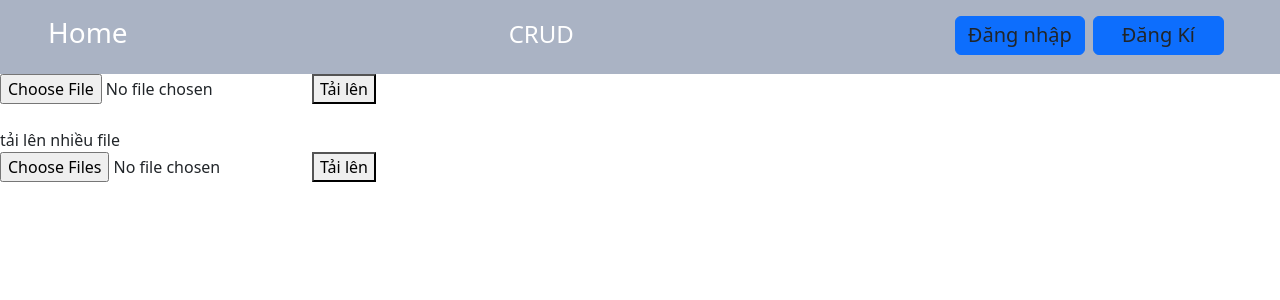
Repository: tung1999zxc/vue-project
Page: /upload
These files come from the project's save history. The page is drawn as it stood at one moment and after the next save; the edit follows.
The browser window is 1280 px wide. The pictures show the whole page.
The project was rebuilt for these pictures with package versions that can differ from the ones it lists, and the page was loaded fresh each time. Also part of the build but not shown: vite.config.ts, src/components/test.vue, src/components/footer1.vue, src/views/HomeView.vue, src/components/login.vue, src/components/Regis.vue, src/components/crud.vue.

Above is the page before, as saved 2023-08-08 10:12:02.

### index.html
<!DOCTYPE html>
<html lang="en">
  <head>
    <meta charset="UTF-8">
    <meta name="viewport" content="width=device-width, initial-scale=1.0">
    <title>Vite App</title>
  </head>
  <body>
    <div id="app"><div></div></div>
    <script type="module" src="/src/main.js"></script>

  </body>
</html>

### src/main.js


import { createApp } from 'vue';
import { createPinia } from 'pinia';



import App from './App.vue'
import router from './router/index'
import store from './store/index'
import axios from 'axios';

import 'bootstrap/dist/css/bootstrap.css'

// const isAuthenticated = localStorage.getItem('token');
// if (isAuthenticated !== null) {
//   store.commit('SET_AUTHENTICATION', isAuthenticated === 'true');
// }

const app = createApp(App)
app.use(createPinia())
app.use(router)
app.use(store)
axios.defaults.headers.common['Authorization'] = `Bearer ${localStorage.getItem('token')}`;
app.mount('#app')

### src/App.vue
<template>
  <Menu/>
  <router-view></router-view>



</template>
<script setup lang="ts">
import axios from 'axios';
import { RouterLink, RouterView } from 'vue-router'
import Menu from './components/Menu.vue'


//import login from './components/login.vue'

// export default {
//   components: {
//     Menu,login2
//   },
// };

</script>

<style scoped>

</style>

### src/router/index.js
import { createRouter, createWebHistory } from 'vue-router'
import HomeView from '../views/HomeView.vue'
import Login from '../components/Login.vue'
import Regis from '../components/Regis.vue'
import crud from '../components/crud.vue'
import upload from '../components/upload.vue'


const router = createRouter({
  history: createWebHistory(import.meta.env.BASE_URL),
  routes : [
    {path: '/',component: HomeView,},
    {path: '/login',component:Login,},
    {path: '/Regis',component: Regis,},
    {path: '/crud',component: crud,},
    {path: '/upload',component: upload,},


  ]
})

export default router

### src/store/index.js
// store/index.js

import { createStore } from 'vuex'
import Vuex from 'vuex';
import auth from './auth';



const store = new Vuex.Store({
  modules: {
    auth, // Thêm Vuex module vào store với tên auth
  },
});

export default store;

### src/components/Menu.vue
<template>
    <div>
      <div class="justify-content-between d-flex px-5 py-3 " style="background: #aab3c4; ">


        <div class="h3"><router-link class="text-white text-decoration-none" to="/">Home</router-link></div>
        <div class="h4 mt-1"><router-link class="text-white text-decoration-none" to="/crud">CRUD</router-link></div>
        <!-- <div class="h4 mt-1"><router-link class="text-white text-decoration-none" to="/upload">UPLOAD</router-link></div> -->


        <div class=""><div v-if="!isAuthenticated" class="btn btn-primary mr-2 " >
          <router-link class="text-dark h5 text-decoration-none " to="/Login">Đăng nhập</router-link></div>
         <div v-else class="btn btn-danger " >
          <div @click="handleLogout">Đăng xuất</div></div>
         <div class="btn btn-primary mx-2"  v-show="!isAuthenticated"><router-link class=" h5 px-3 text-dark text-decoration-none" to="/Regis">Đăng Kí</router-link></div></div>

    </div>

    </div>
  </template>

  <script>
  import 'bootstrap/dist/css/bootstrap.css';
  import { mapState, mapGetters , mapMutations ,mapActions} from 'vuex';
  export default {
    computed: {
    ...mapGetters('auth', ['isAuthenticated','userinfo']),
  },
    methods: {
      ...mapMutations('auth', ['SET_AUTHENTICATED']),
      ...mapActions('auth', ['login', 'logout']),
    // handleLogin() {
    //   this.login(); // Call the login action to set isAuthenticated to true
    // },
    handleLogout() {
      this.logout(); // Call the logout action to set isAuthenticated to false
    },


        logoutUser(){
      // Xóa mã thông báo JWT khỏi localStorage khi đăng xuất
      localStorage.removeItem('token');
      // Hoặc đặt lại giá trị isAuthenticated về false khi đăng xuất
      this.SET_AUTHENTICATED = null;
      alert('đăng xuất thành  công');



    },
    },

  };
  </script>

  <style scoped>


  </style>

### src/components/upload.vue
<template>
  <div>
    <input type="file" ref="fileInput" @change="handleFileChange" />
    <button @click="uploadFile">Tải lên</button> <br><br>
    tải lên nhiều file <br>
    <input type="file" ref="fileInput" @change="handleFileChange" multiple />
    <button @click="uploadFiles">Tải lên</button>



  </div>
</template>

<script>
export default {
  data() {
    return {
      selectedFile: null,
    };
  },
  methods: {
    handleFileChange(event) {
      this.selectedFile = event.target.files[0];
      // this.selectedFiles = event.target.files;
    },
    async uploadFile() {
      if (this.selectedFile) {
        const formData = new FormData();
        formData.append('file', this.selectedFile);

      //   const formData = new FormData();
      //   for (let i = 0; i < this.selectedFiles.length; i++) {
      //   formData.append('files', this.selectedFiles[i]);
      // }

        try {
          const response = await fetch('https://example.com/api/upload', {
            method: 'POST',
            body: formData,
          });

          if (response.ok) {
            console.log('Tải tệp lên thành công.');
          } else {
            console.error('Lỗi khi tải tệp lên.');
          }
        } catch (error) {
          console.error('Lỗi kết nối:', error);
        }
      } else {
        console.warn('Vui lòng chọn tệp cần tải lên.');
      }
    },
  },
};
</script>

### src/store/auth.js
const state = {
  isAuthenticated: localStorage.getItem('token'),
  userinfo: JSON.parse(localStorage.getItem('userinfo')),

  // Các thông tin người dùng khác nếu cần
};

const getters = {
  isAuthenticated: state => state.isAuthenticated,
  userinfo: state => state.userinfo,

  // Các getters khác nếu cần
};
  const mutations = {
    SET_AUTHENTICATED(state, value) {
      state.isAuthenticated = value;
    },
    SET_USERINFO(state, value) {
      state.userinfo = value;

    },
    // Các mutations khác nếu cần
  };
  import axios from 'axios';
  import router from '../router/index';
  const actions = {
    login({ commit }, { username, password }) {

      axios.post('https://api.tranhai.net/api/auth/login', {
      username: username,
      password: password
    })
    .then(response => {
      const data = response.data;
      localStorage.setItem('token', data.access_token);
      commit('SET_AUTHENTICATED', localStorage.getItem('token'));

      axios.get('https://api.tranhai.net/api/userinfo/me'
      // {
      //   headers: {
      //     Authorization: 'Bearer ' + localStorage.getItem('token'),
      //   }}
        )
      .then(response=>{
        localStorage.setItem('userinfo', JSON.stringify(response.data));

      })
      .catch(error =>{
        alert('lấy thông tin thất bại');
      })

      // console.log(data)
      // this.token = data.access_token;
    })
    .catch(error => {
      // Xử lý lỗi đăng nhập
      console.error(error);

      alert('Đăng nhập thất bại!');

    });

    //
    //

        },


      logout({ commit }) {
        localStorage.removeItem('token');
        localStorage.removeItem('userinfo');
          commit('SET_AUTHENTICATED', localStorage.getItem('token'));
          commit('SET_USERINFO', {});
          alert('đăng xuất thành  công');
        },

  };


  export default {
    namespaced: true,
    state,
    mutations,
    actions,
    getters,
  };

After the next save:
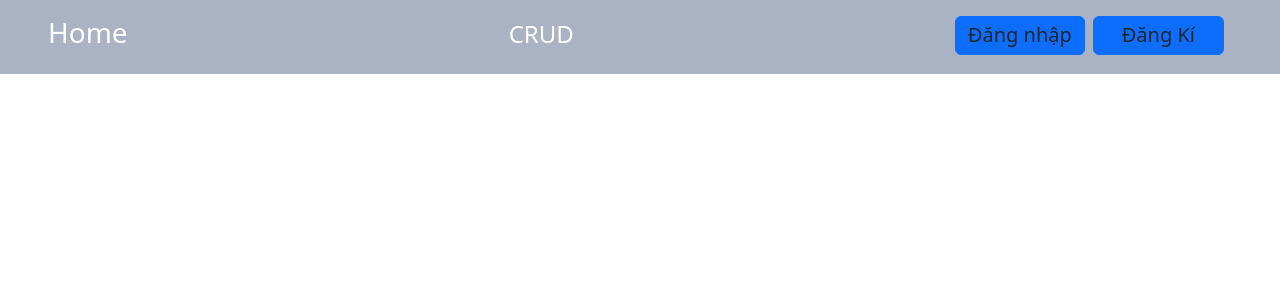
Console error: TypeError: Cannot destructure property 'errors' of 'undefined' as it is undefined.
Saved 16 s later.
--- a/src/components/upload.vue
+++ b/src/components/upload.vue
@@ -7,7 +7,24 @@
     <button @click="uploadFiles">Tải lên</button>
 
 
+    <Form @submit="submitForm">
+      <Field name="name" rules="required" v-slot="{ errors }">
+        <input v-model="name" placeholder="Tên" />
+        <ErrorMessage :name="name" :errors="errors" />
+      </Field>
 
+      <Field name="email" rules="required|email" v-slot="{ errors }">
+        <input v-model="email" placeholder="Email" />
+        <ErrorMessage :name="email" :errors="errors" />
+      </Field>
+
+      <Field name="password" rules="required|min:6" v-slot="{ errors }">
+        <input type="password" v-model="password" placeholder="Mật khẩu" />
+        <ErrorMessage :name="password" :errors="errors" />
+      </Field>
+
+      <button type="submit">Gửi</button>
+    </Form>
   </div>
 </template>
 
